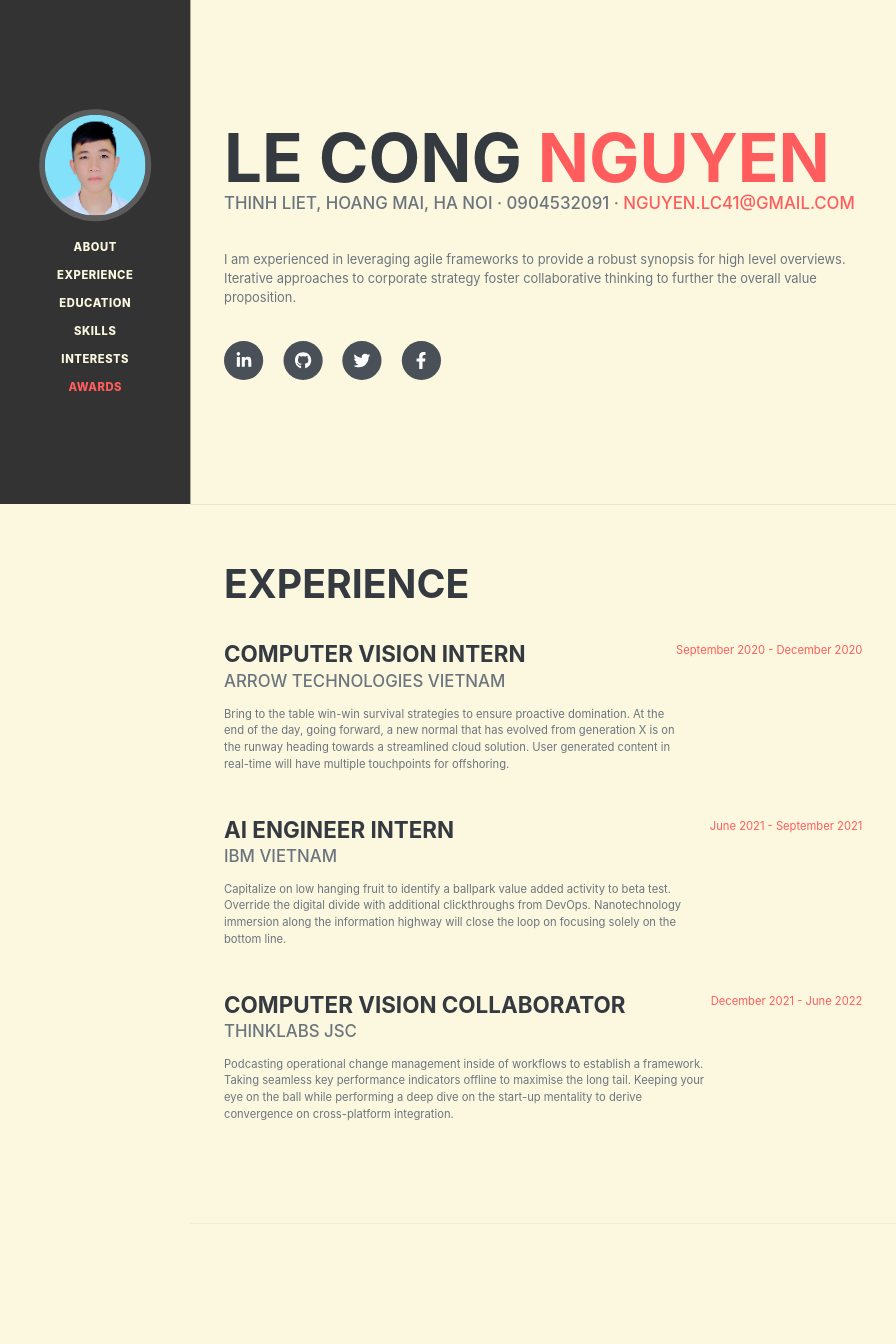
Repository: nguyenlcc/Online-CV
Page: index.html
An editor plug-in stored every save of this project. The page is shown before and after the next save, followed by the edit.
The browser window is 1280 px wide. The pictures show the part of the page from y = 0 to 1920 px (the page is 4631 px tall), at 70% of full size.
Some web fonts or font styles are not loaded; a fallback is used. Some web libraries are served in a nearby version.

Above is the page before, as saved 2022-05-23 00:37:08.

### index.html
<!DOCTYPE html>
<html lang="en">
  <head>
    <meta charset="utf-8" />
    <meta
      name="viewport"
      content="width=device-width, initial-scale=1, shrink-to-fit=no"
    />
    <meta name="description" content="" />
    <meta name="author" content="" />
    <title>Le Cong Nguyen</title>
    <link rel="icon" type="image/x-icon" href="assets/img/favicon.ico" />
    <!-- Font Awesome icons (free version)-->
    <script
      src="https://use.fontawesome.com/releases/v5.13.0/js/all.js"
      crossorigin="anonymous"
    ></script>
    <!-- Google fonts-->
    <link
      href="https://fonts.googleapis.com/css?family=Saira+Extra+Condensed:500,700"
      rel="stylesheet"
      type="text/css"
    />
    <link
      href="https://fonts.googleapis.com/css?family=Muli:400,400i,800,800i"
      rel="stylesheet"
      type="text/css"
    />
    <!-- Core theme CSS (includes Bootstrap)-->
    <link href="css/styles.css" rel="stylesheet" />
  </head>
  <body id="page-top">
    <!-- Navigation-->
    <nav
      class="navbar navbar-expand-lg navbar-dark bg-primary fixed-top"
      id="sideNav"
    >
      <a class="navbar-brand js-scroll-trigger" href="#page-top">
        <span class="d-block d-lg-none">LE CONG NGUYEN</span>
        <span class="d-none d-lg-block"
          ><img
            class="img-fluid img-profile rounded-circle mx-auto mb-2"
            src="assets/img/profile.jpg"
            alt=""
        /></span>
      </a>
      <button
        class="navbar-toggler"
        type="button"
        data-toggle="collapse"
        data-target="#navbarSupportedContent"
        aria-controls="navbarSupportedContent"
        aria-expanded="false"
        aria-label="Toggle navigation"
      >
        <span class="navbar-toggler-icon"></span>
      </button>
      <div class="collapse navbar-collapse" id="navbarSupportedContent">
        <ul class="navbar-nav">
          <li class="nav-item">
            <a class="nav-link js-scroll-trigger" href="#about">About</a>
          </li>
          <li class="nav-item">
            <a class="nav-link js-scroll-trigger" href="#experience"
              >Experience</a
            >
          </li>
          <li class="nav-item">
            <a class="nav-link js-scroll-trigger" href="#education"
              >Education</a
            >
          </li>
          <li class="nav-item">
            <a class="nav-link js-scroll-trigger" href="#skills">Skills</a>
          </li>
          <li class="nav-item">
            <a class="nav-link js-scroll-trigger" href="#interests"
              >Interests</a
            >
          </li>
          <li class="nav-item">
            <a class="nav-link js-scroll-trigger" href="#awards">Awards</a>
          </li>
        </ul>
      </div>
    </nav>
    <!-- Page Content-->
    <div class="container-fluid p-0">
      <!-- About-->
      <section class="resume-section" id="about">
        <div class="resume-section-content">
          <h1 class="mb-0">
            LE CONG
            <span class="text-primary">NGUYEN</span>
          </h1>
          <div class="subheading mb-5">
            THINH LIET, HOANG MAI, HA NOI · 0904532091 ·
            <a href="mailto:name@email.com">nguyen.lc41@gmail.com</a>
          </div>
          <p class="lead mb-5">
            I am experienced in leveraging agile frameworks to provide a robust
            synopsis for high level overviews. Iterative approaches to corporate
            strategy foster collaborative thinking to further the overall value
            proposition.
          </p>
          <div class="social-icons">
            <a class="social-icon" href="https://www.linkedin.com/in/nguy%C3%AAn-l%C3%AA-c%C3%B4ng-0b1731233/"
              ><i class="fab fa-linkedin-in"></i
            ></a>
            <a class="social-icon" href="https://github.com/nguyenlecong"><i class="fab fa-github"></i></a>
            <a class="social-icon" href="https://twitter.com/vi3ix_"><i class="fab fa-twitter"></i></a>
            <a class="social-icon" href="https://www.facebook.com/nguyenlc5139/"
              ><i class="fab fa-facebook-f"></i
            ></a>
          </div>
        </div>
      </section>
      <hr class="m-0" />
      <!-- Experience-->
      <section class="resume-section" id="experience">
        <div class="resume-section-content">
          <h2 class="mb-5">Experience</h2>
          <div
            class="d-flex flex-column flex-md-row justify-content-between mb-5"
          >
            <div class="flex-grow-1">
              <h3 class="mb-0">Computer Vision Intern</h3>
              <div class="subheading mb-3">Arrow Technologies Vietnam</div>
              <p>
                Bring to the table win-win survival strategies to ensure
                proactive domination. At the end of the day, going forward, a
                new normal that has evolved from generation X is on the runway
                heading towards a streamlined cloud solution. User generated
                content in real-time will have multiple touchpoints for
                offshoring.
              </p>
            </div>
            <div class="flex-shrink-0">
              <span class="text-primary">September 2020 - December 2020</span>
            </div>
          </div>
          <div
            class="d-flex flex-column flex-md-row justify-content-between mb-5"
          >
            <div class="flex-grow-1">
              <h3 class="mb-0">AI Engineer Intern</h3>
              <div class="subheading mb-3">IBM Vietnam</div>
              <p>
                Capitalize on low hanging fruit to identify a ballpark value
                added activity to beta test. Override the digital divide with
                additional clickthroughs from DevOps. Nanotechnology immersion
                along the information highway will close the loop on focusing
                solely on the bottom line.
              </p>
            </div>
            <div class="flex-shrink-0">
              <span class="text-primary">June 2021 - September 2021</span>
            </div>
          </div>
          <div
            class="d-flex flex-column flex-md-row justify-content-between mb-5"
          >
            <div class="flex-grow-1">
              <h3 class="mb-0">Computer Vision Collaborator</h3>
              <div class="subheading mb-3">ThinkLABs JSC</div>
              <p>
                Podcasting operational change management inside of workflows to
                establish a framework. Taking seamless key performance
                indicators offline to maximise the long tail. Keeping your eye
                on the ball while performing a deep dive on the start-up
                mentality to derive convergence on cross-platform integration.
              </p>
            </div>
            <div class="flex-shrink-0">
              <span class="text-primary">December 2021 - June 2022</span>
            </div>
          </div>
        </div>
      </section>
      <hr class="m-0" />
      <!-- Education-->
      <section class="resume-section" id="education">
        <div class="resume-section-content">
          <h2 class="mb-5">Education</h2>
          <div
            class="d-flex flex-column flex-md-row justify-content-between mb-5"
          >
            <div class="flex-grow-1">
              <h3 class="mb-0">HANOI UNIVERSITY OF SCIENCE AND TECHNOLOGY</h3>
              <div class="subheading mb-3">
                SCHOOL OF INFORMATION AND COMMUNICATION TECHNOLOGY
              </div>
              <div>Computer Science</div>
              <p>GPA: 3.16</p>
            </div>
            <div class="flex-shrink-0">
              <span class="text-primary">August 2017 - Now</span>
            </div>
          </div>
          <!-- <div class="d-flex flex-column flex-md-row justify-content-between">
            <div class="flex-grow-1">
              <h3 class="mb-0">James Buchanan High School</h3>
              <div class="subheading mb-3">Technology Magnet Program</div>
              <p>GPA: 3.56</p>
            </div>
            <div class="flex-shrink-0">
              <span class="text-primary">August 2002 - May 2006</span>
            </div> -->
          </div>
        </div>
      </section>
      <hr class="m-0" />
      <!-- Skills-->
      <section class="resume-section" id="skills">
        <div class="resume-section-content">
          <h2 class="mb-5">Skills</h2>
          <div class="subheading mb-3">Programming Languages & Tools</div>
          <ul class="list-inline dev-icons">
            <li class="list-inline-item"><i class="fab fa-html5"></i></li>
            <li class="list-inline-item"><i class="fab fa-css3-alt"></i></li>
            <li class="list-inline-item"><i class="fab fa-js-square"></i></li>
            <li class="list-inline-item"><i class="fab fa-angular"></i></li>
            <li class="list-inline-item"><i class="fab fa-react"></i></li>
            <li class="list-inline-item"><i class="fab fa-node-js"></i></li>
            <li class="list-inline-item"><i class="fab fa-sass"></i></li>
            <li class="list-inline-item"><i class="fab fa-less"></i></li>
            <li class="list-inline-item"><i class="fab fa-wordpress"></i></li>
            <li class="list-inline-item"><i class="fab fa-gulp"></i></li>
            <li class="list-inline-item"><i class="fab fa-grunt"></i></li>
            <li class="list-inline-item"><i class="fab fa-npm"></i></li>
          </ul>
          <div class="subheading mb-3">Workflow</div>
          <ul class="fa-ul mb-0">
            <li>
              <span class="fa-li"><i class="fas fa-check"></i></span>
              Mobile-First, Responsive Design
            </li>
            <li>
              <span class="fa-li"><i class="fas fa-check"></i></span>
              Cross Browser Testing & Debugging
            </li>
            <li>
              <span class="fa-li"><i class="fas fa-check"></i></span>
              Cross Functional Teams
            </li>
            <li>
              <span class="fa-li"><i class="fas fa-check"></i></span>
              Agile Development & Scrum
            </li>
          </ul>
        </div>
      </section>
      <hr class="m-0" />
      <!-- Interests-->
      <section class="resume-section" id="interests">
        <div class="resume-section-content">
          <h2 class="mb-5">Interests</h2>
          <p>
            Apart from being a web developer, I enjoy most of my time being
            outdoors. In the winter, I am an avid skier and novice ice climber.
            During the warmer months here in Colorado, I enjoy mountain biking,
            free climbing, and kayaking.
          </p>
          <p class="mb-0">
            When forced indoors, I follow a number of sci-fi and fantasy genre
            movies and television shows, I am an aspiring chef, and I spend a
            large amount of my free time exploring the latest technology
            advancements in the front-end web development world.
          </p>
        </div>
      </section>
      <hr class="m-0" />
      <!-- Awards-->
      <section class="resume-section" id="awards">
        <div class="resume-section-content">
          <h2 class="mb-5">Awards & Certifications</h2>
          <ul class="fa-ul mb-0">
            <li>
              <span class="fa-li"
                ><i class="fas fa-trophy text-warning"></i
              ></span>
              Silver Medal for Excellence in Mathematics on Casio Calculator in 12th Grade
            </li>
            <li>
              <span class="fa-li"
                ><i class="fas fa-trophy text-warning"></i
              ></span>
              Consolation Prize in the Provincial Examination for Excellent Students in Mathematics in 12th Grade
            </li>
            <li>
              <span class="fa-li"
                ><i class="fas fa-trophy text-warning"></i
              ></span>
              Level B of Scholarships for the Term 2 of the School Year 2020-2021, Hanoi University of Science and Technology
            </li>
            <li>
              <span class="fa-li"
                ><i class="fas fa-trophy text-warning"></i
              ></span>
              Level A of Scholarships for the Term 1 of the School Year 2021-2022, Hanoi University of Science and Technology
            </li>
          </ul>
        </div>
      </section>
    </div>
    <!-- Bootstrap core JS-->
    <script src="https://cdnjs.cloudflare.com/ajax/libs/jquery/3.5.1/jquery.min.js"></script>
    <script src="https://stackpath.bootstrapcdn.com/bootstrap/4.5.0/js/bootstrap.bundle.min.js"></script>
    <!-- Third party plugin JS-->
    <script src="https://cdnjs.cloudflare.com/ajax/libs/jquery-easing/1.4.1/jquery.easing.min.js"></script>
    <!-- Core theme JS-->
    <script src="js/scripts.js"></script>
  </body>
</html>

### js/scripts.js
/*!
    * Start Bootstrap - Resume v6.0.1 (https://startbootstrap.com/template-overviews/resume)
    * Copyright 2013-2020 Start Bootstrap
    * Licensed under MIT (https://github.com/StartBootstrap/startbootstrap-resume/blob/master/LICENSE)
    */
    (function ($) {
    "use strict"; // Start of use strict

    // Smooth scrolling using jQuery easing
    $('a.js-scroll-trigger[href*="#"]:not([href="#"])').click(function () {
        if (
            location.pathname.replace(/^\//, "") ==
                this.pathname.replace(/^\//, "") &&
            location.hostname == this.hostname
        ) {
            var target = $(this.hash);
            target = target.length
                ? target
                : $("[name=" + this.hash.slice(1) + "]");
            if (target.length) {
                $("html, body").animate(
                    {
                        scrollTop: target.offset().top,
                    },
                    1000,
                    "easeInOutExpo"
                );
                return false;
            }
        }
    });

    // Closes responsive menu when a scroll trigger link is clicked
    $(".js-scroll-trigger").click(function () {
        $(".navbar-collapse").collapse("hide");
    });

    // Activate scrollspy to add active class to navbar items on scroll
    $("body").scrollspy({
        target: "#sideNav",
    });
})(jQuery); // End of use strict

Loaded but not shown: css/styles.css (library)

After the next save:
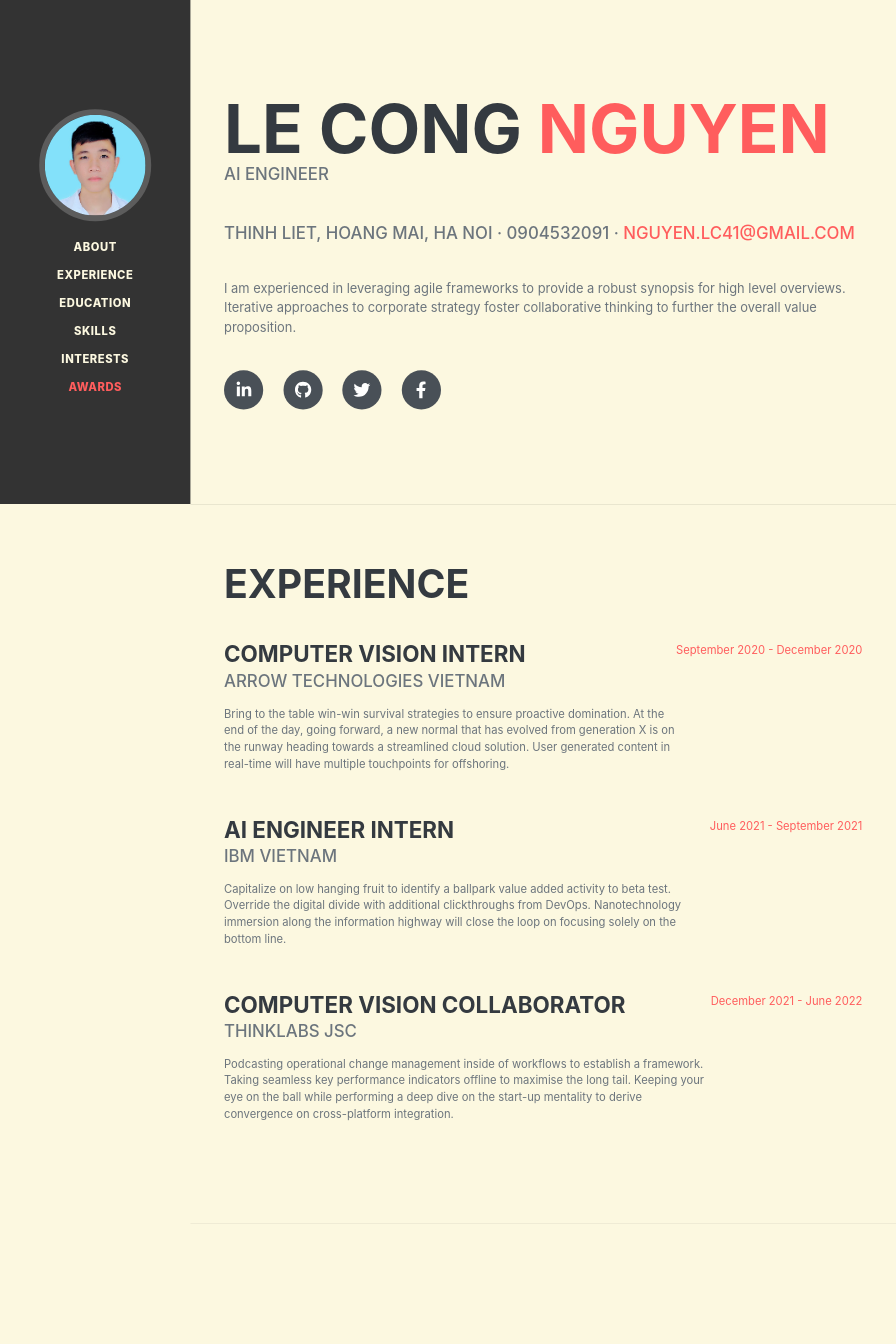
Saved 9 min 17 s later.
--- a/index.html
+++ b/index.html
@@ -94,6 +94,9 @@
             <span class="text-primary">NGUYEN</span>
           </h1>
           <div class="subheading mb-5">
+            AI Engineer
+          </div>
+          <div class="subheading mb-5">
             THINH LIET, HOANG MAI, HA NOI · 0904532091 ·
             <a href="mailto:name@email.com">nguyen.lc41@gmail.com</a>
           </div>
